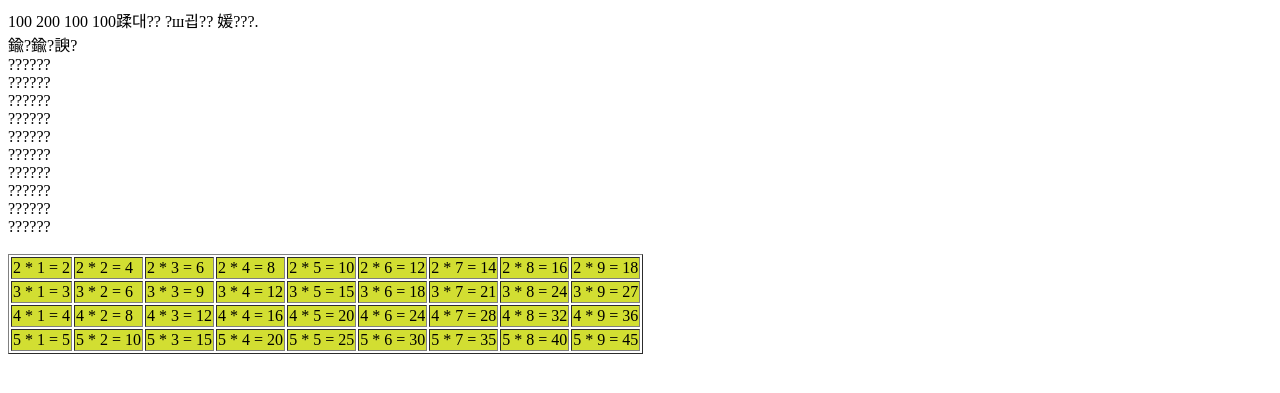
Repository: lee010207/HTML-CSS-JS
Page: http://localhost/EL_JSTL/jstlTest.jsp
An editor plug-in stored every save of this project. The page is shown before and after the next save, followed by the edit.
The browser window is 1280 px wide. The pictures show the whole page.
The page is served by Tomcat 9. Other server files are loaded and not shown.

Above is the page before, as saved 2023-09-01 03:37:39.

### 04. Server/EL_JSTL/src/main/webapp/jstlTest.jsp
<%@ page language="java" contentType="text/html; charset=EUC-KR"
    pageEncoding="EUC-KR"%>

<!--  JSTL을 사용하기 위한 Tag Library 추가 -->
<!-- 추가로 jstl lib 프로젝트에 추가 (prefix(접두어)를 c로 설정) -->
<%@ taglib prefix="c" uri="http://java.sun.com/jsp/jstl/core"%>
<!DOCTYPE html>
<html>
<head>
<meta charset="EUC-KR">
<title>Insert title here</title>
</head>
<body>
	<!--
		JSTL 사용하기(EL이랑 함께 주로 쓰임)
		- 여는태그, 닫는태그 사이에 아무 내용(컨턴츠)이 안들어가기 떄문에 홀태그로도 사용 가능
		- 특정 영역에 저장하려면 Scope 속성 활용

	-->

	<!-- page영역에 값 넣기(JSTL)
		 - c:set은 기본적으로 page영역에 저장됨
	-->
	<c:set var="num" value="100" />
	<c:set var="num" scope="session" value="200" />
	${num}
	${sessionScope.num }

	<!-- EL = c:out : 값을 밖으로 출력해주는 역할 -->
	<c:out value="${num}"/>

	<!-- JSTL을 활용한 조건문 -->
	<c:if test="${num >= 100}">
		100보다 크거나 같음.
	</c:if>
	<c:if test="${num < 100 }">
		100보다 작음.
	</c:if>

	<br>

	<!-- 다중if문(like switch) -->
	<c:set var="time" value="점심"/>

	<c:choose>
		<c:when test="${time == '아침' }">
			토스트
		</c:when>
		<c:when test="${time == '점심' }">
			비빔밥
		</c:when>
		<c:when test="${time == '저녁' }">
			족발
		</c:when>
		<c:otherwise>
			라면
		</c:otherwise>
	</c:choose>

	<br>

	<!-- JSTL 반복문
	i는 pageContext 안에 저장됨
	-->
	<c:forEach var="i" begin="1" end="30" step="3">
		☆☆☆<br>

	</c:forEach>

	<br>

	<table border="1px" >
	<c:forEach var="num1" begin="2" end="5" step="1">
		<tr bgcolor="#D2DE32">
		<c:forEach var="i" begin="1" end="9" step="1">
				<td>${num1 } * ${i } = ${num1*i }</td>
		</c:forEach>
		</tr>
	</c:forEach>

	</table>

</body>
</html>

After the next save:
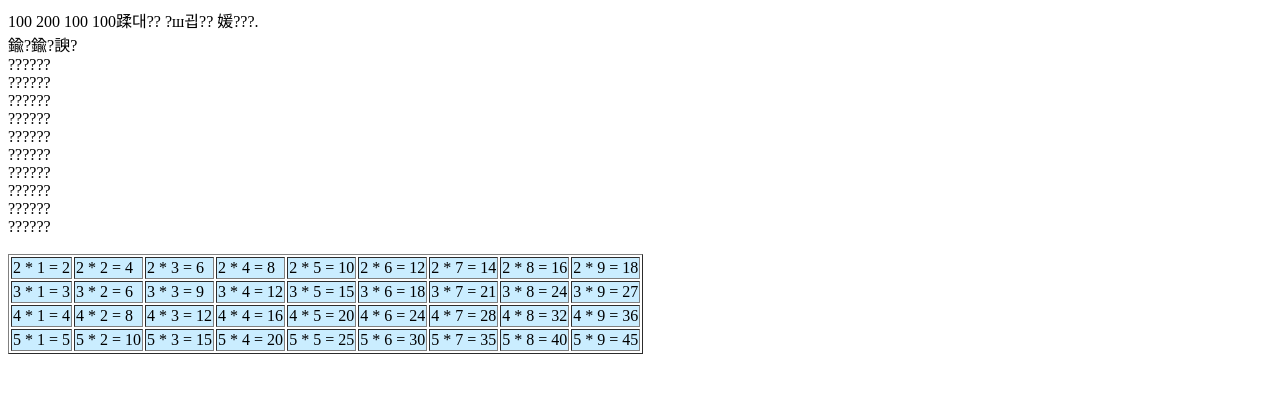
Saved 18 s later.
--- a/04. Server/EL_JSTL/src/main/webapp/jstlTest.jsp
+++ b/04. Server/EL_JSTL/src/main/webapp/jstlTest.jsp
@@ -71,7 +71,7 @@
 
 	<table border="1px" >
 	<c:forEach var="num1" begin="2" end="5" step="1">
-		<tr bgcolor="#D2DE32">
+		<tr bgcolor="#CAEDFF">
 		<c:forEach var="i" begin="1" end="9" step="1">
 				<td>${num1 } * ${i } = ${num1*i }</td>
 		</c:forEach>
